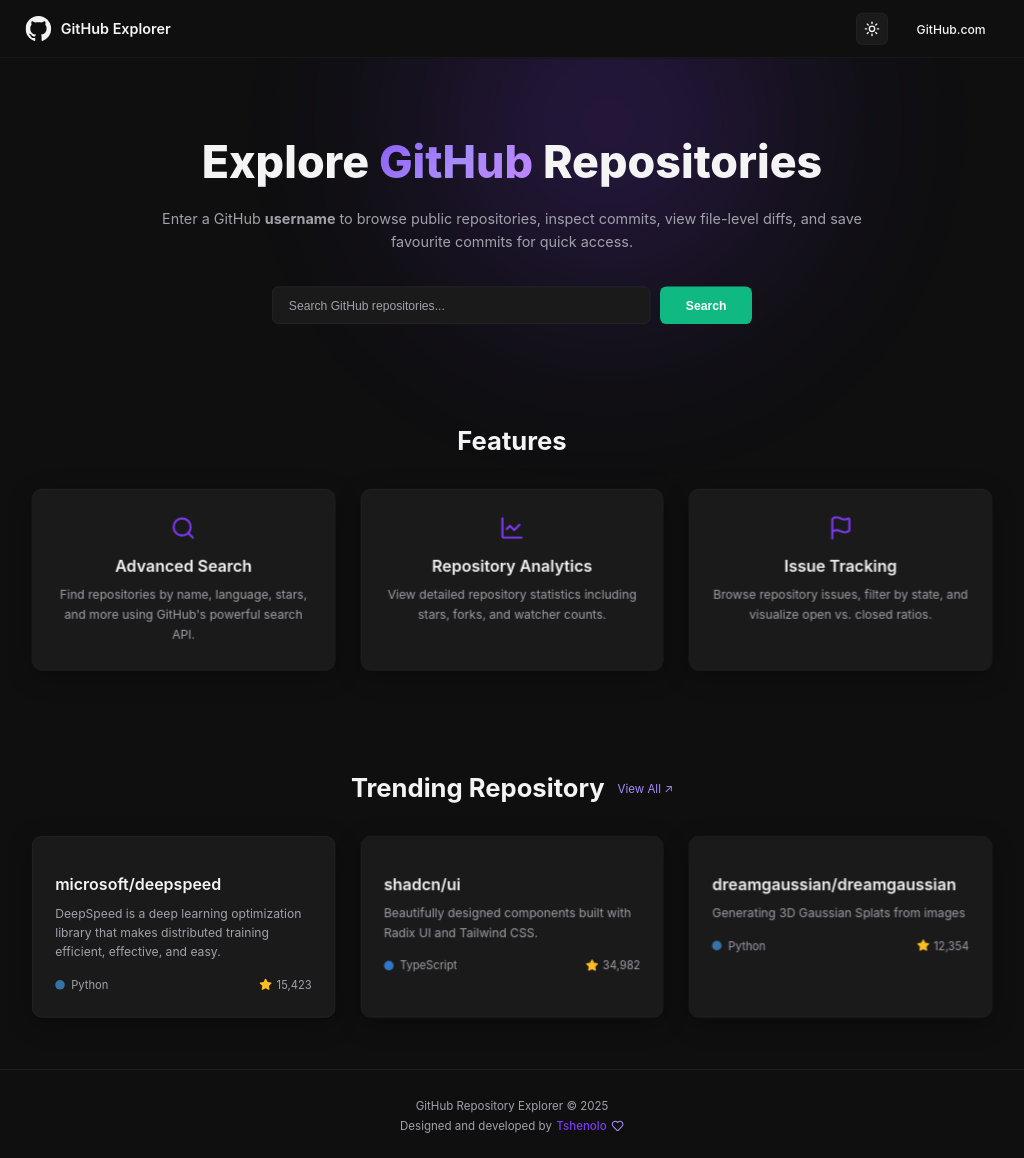
Repository: Tshenolo1994/username-repo
Page: /
An editor plug-in stored every save of this project. The page is shown before and after the next save, followed by the edit.
The browser window is 1280 px wide. The pictures show the whole page, at 80% of full size.
The project was rebuilt for these pictures with package versions that can differ from the ones it lists, and the page was loaded fresh each time. Also part of the build but not shown: vite.config.ts, src/views/RepoView.vue.

Above is the page before, as saved 2025-10-27 01:12:08.

After the next save:
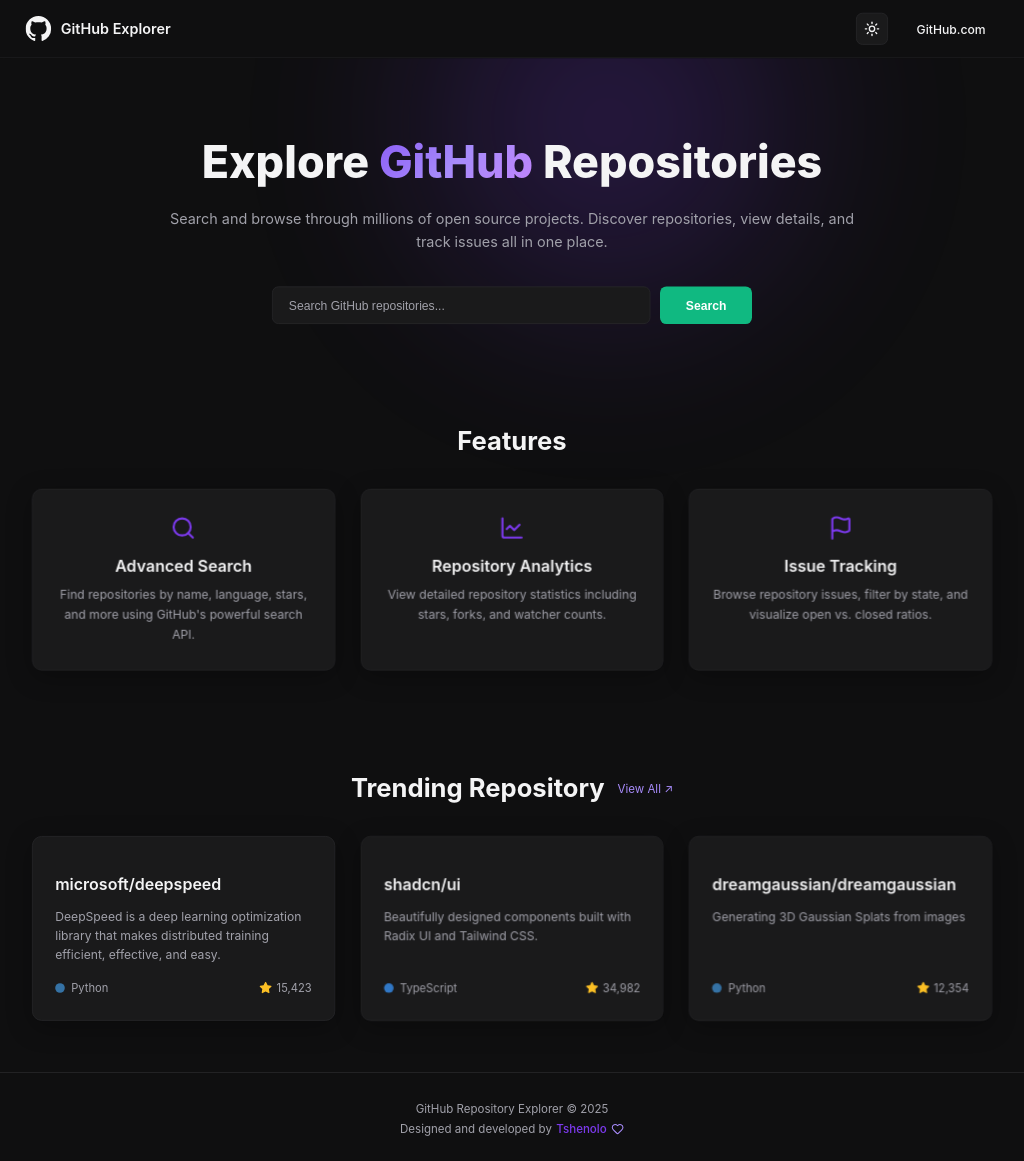
Saved 90 s later.
--- a/src/views/HomeView.vue
+++ b/src/views/HomeView.vue
@@ -3,7 +3,7 @@
 import { useRouter } from "vue-router";
 import { Search, LineChart, Flag } from "lucide-vue-next";
 
-
+// sample trending repos
 const trendingRepos = ref([
   {
     id: 1,
@@ -63,8 +63,8 @@
           Explore <span class="gradient-text">GitHub</span> Repositories
         </h1>
         <p class="hero-sub">
-            Enter a GitHub <strong>username</strong> to browse public repositories, inspect commits,
-  view file-level diffs, and save favourite commits for quick access.
+          Search and browse through millions of open source projects. Discover
+          repositories, view details, and track issues all in one place.
         </p>
 
         <div class="search-box">
@@ -376,6 +376,8 @@
 /* Trending Repo cards */
 .repo-card {
   text-align: left;
+  display: flex;
+  flex-direction: column;
 }
 
 .repo-name {
@@ -384,6 +386,7 @@
   font-size: 1.1rem;
   margin: 0 0 0.75rem 0;
   transition: color 0.2s;
+  min-height: 1.5rem;
 }
 
 .repo-card:hover .repo-name {
@@ -396,6 +399,8 @@
   font-size: 0.9rem;
   margin-bottom: 1.25rem;
   line-height: 1.5;
+  flex: 1;
+  min-height: 3rem;
 }
 
 .repo-meta {
@@ -404,6 +409,7 @@
   align-items: center;
   font-size: 0.875rem;
   color: var(--muted);
+  margin-top: auto;
 }
 
 .lang {
